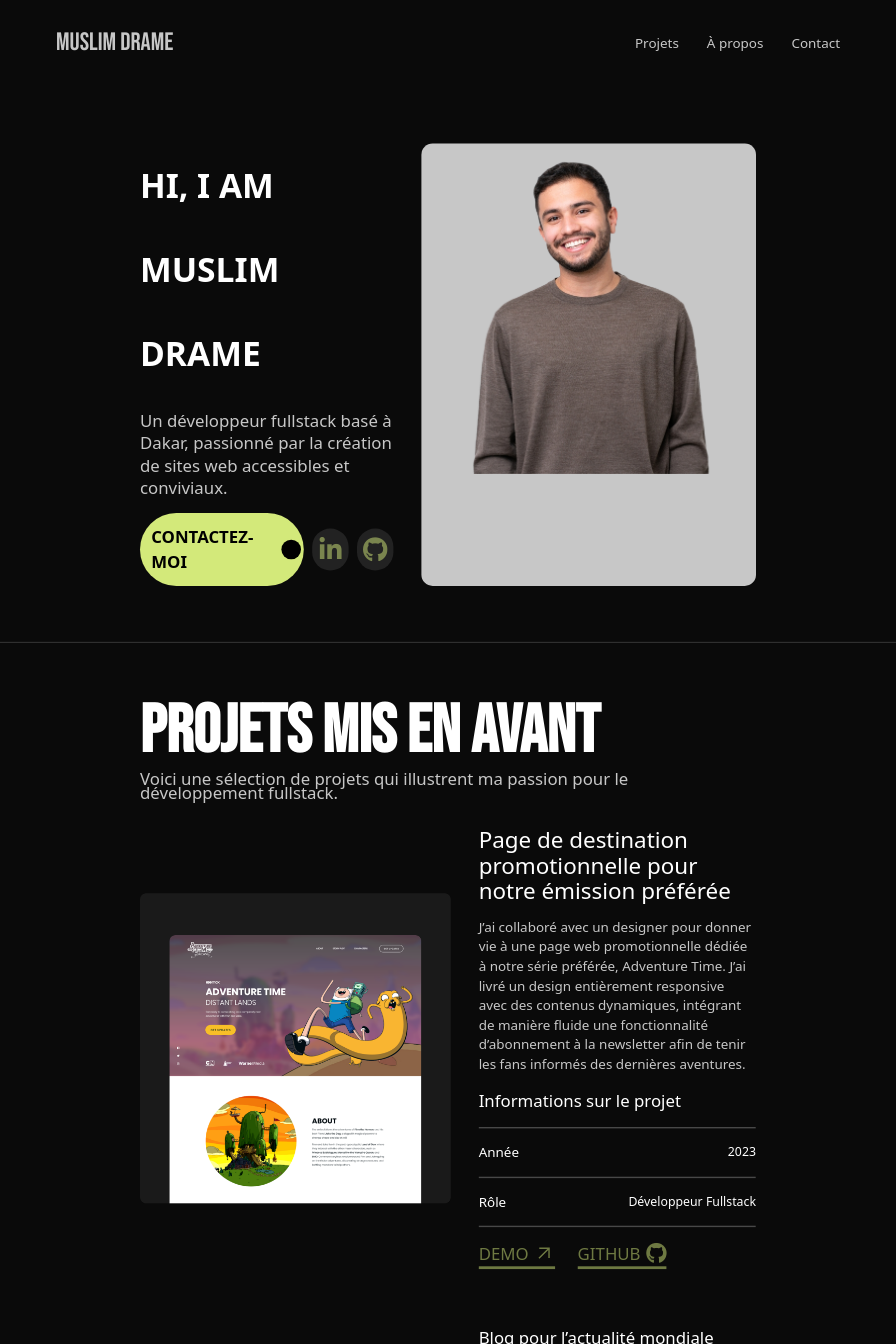
Repository: muslimdrame37-oss/Portfolio1
Page: src/index.html
The author's editor kept a copy of each file at every save. The page is drawn from the files as they stood at one save, then again after the next save.
The browser window is 1280 px wide. The pictures show the part of the page from y = 0 to 1920 px (the page is 4725 px tall before and 4845 px after), at 70% of full size.
Some web fonts or font styles are not loaded; a fallback is used. Some web libraries are served in a nearby version.

Above is the page before, as saved 2026-02-11 18:47:53.

### src/index.html
<!doctype html>
<html lang="fr">
<head>
    <meta charset="UTF-8">
    <meta name="viewport" content="width=device-width, initial-scale=1.0">
    <meta name="description" content="Portfolio de Muslim Drame - Développeur Fullstack basé à Dakar">
    <title>Muslim Drame - Développeur Fullstack</title>

    <!-- Fonts -->
    <link rel="stylesheet" href="https://fonts.googleapis.com/css2?family=Bebas+Neue&display=swap">
    <link rel="stylesheet" href="https://fonts.googleapis.com/css2?family=Material+Symbols+Outlined:opsz,wght,FILL,GRAD@20..48,100..700,0..1,-50..200&icon_names=arrow_outward">

    <!-- Styles -->
    <link href="./output.css" rel="stylesheet">

    <!-- Icons -->
    <script src="https://kit.fontawesome.com/31ee52f68e.js" crossorigin="anonymous"></script>
</head>

<body class="bg-[#0A0A0A]">
    <!-- ========== HEADER ========== -->
    <header class="flex items-center justify-between py-4 px-5 lg:px-20">
        <h1 class="text-[#C7C7C7] text-[2rem] lg:text-4xl font-bebas">MUSLIM DRAME</h1>

        <!-- Navigation Desktop -->
        <nav class="hidden lg:flex justify-between py-8 text-[#C7C7C7] text-[1.2rem]" aria-label="Navigation principale">
            <ul class="flex gap-10">
                <li><a href="index.html" class="hover:text-[#D3E97A] transition-colors">Projets</a></li>
                <li><a href="a_propos.html" class="hover:text-[#D3E97A] transition-colors">À propos</a></li>
                <li><a href="#contact" class="hover:text-[#D3E97A] transition-colors">Contact</a></li>
            </ul>
        </nav>

        <!-- Menu Mobile -->
        <button class="lg:hidden" aria-label="Menu mobile">
            <svg xmlns="http://www.w3.org/2000/svg" height="40px" viewBox="0 -960 960 960" width="40px" fill="#484848">
                <path d="M120-680v-80h720v80H120Zm0 480v-80h720v80H120Zm0-240v-80h720v80H120Z"/>
            </svg>
        </button>
    </header>

    <!-- ========== MAIN CONTENT ========== -->
    <main>

        <!-- ========== SECTION HERO ========== -->
        <section class="px-5 mt-20 flex flex-col justify-between gap-10 lg:flex-row lg:px-50" aria-label="Section d'accueil">
            <!-- Contenu texte -->
            <div class="flex flex-col gap-5 justify-center lg:w-1/2">
                <h2 class="text-white text-[3rem] lg:text-[5rem] lg:font-bold lg:leading-30 leading-15 ">HI, I AM MUSLIM DRAME</h2>
                <p class="text-1xl text-[#C7C7C7] lg:text-2xl">
                    Un développeur fullstack basé à Dakar, passionné par la création de sites web accessibles et conviviaux.
                </p>

                <!-- Boutons d'action -->
                <div class="flex gap-3 items-center">
                    <!-- Bouton Contact -->
                    <a href="#contact" class="bg-[#D3E97A] flex justify-between items-center pl-2 text-black font-bold text-[1rem] rounded-[100px] gap-1 lg:gap-3 py-2 lg:py-4 lg:text-[1.5rem] lg:pl-4 hover:bg-[#c5db6f] transition-colors">
                        CONTACTEZ-MOI
                        <span class="w-11 h-10 flex items-center justify-center">
                            <span class="bg-black w-4 h-4 rounded-full lg:w-7 lg:h-7"></span>
                        </span>
                    </a>

                    <!-- Réseaux sociaux -->
                    <a href="#" class="w-10 h-10 rounded-full bg-[#222222] flex justify-center items-center lg:w-15 lg:h-15 hover:bg-[#333333] transition-colors" aria-label="LinkedIn">
                        <i class="fa-brands fa-linkedin-in text-[#D3E97A] text-2xl lg:text-4xl animate-pulse"></i>
                    </a>
                    <a href="#" class="w-10 h-10 rounded-full bg-[#222222] flex justify-center items-center lg:w-15 lg:h-15 hover:bg-[#333333] transition-colors" aria-label="GitHub">
                        <i class="fa-brands fa-github text-2xl lg:text-4xl text-[#D3E97A] animate-pulse"></i>
                    </a>
                </div>
            </div>

            <!-- Image hero -->
            <div class="bg-[#C7C7C7] rounded-2xl overflow-hidden">
                <img src="image/image1.png" alt="Portrait de Muslim Drame" width="880" class="w-full h-auto">
            </div>
        </section>

        <!-- Séparateur -->
        <hr class="border-[#484848] border-t mt-20">

        <!-- ========== SECTION PROJETS ========== -->

        <section class="flex flex-col px-8 mt-20 lg:px-50">
            <div class="flex flex-col gap-2">
                <h2 class="text-4xl text-white font-extrabold font-bebas lg:text-8xl">PROJETS MIS EN AVANT</h2>
                <p class="text-2xl text-[#C7C7C7] leading-5">Voici une sélection de projets qui illustrent ma passion pour le développement fullstack.</p>
            </div>
            <div class="flex flex-col lg:flex-row gap-10 mt-10 lg:w-[1,224px] justify-center items-center">
                <div>
                    <img src="image/image2.png" alt="" class="w-4xl">
                </div>
                <!-- INFORMATION -->
                <!-- TITRE ET DESCCRIPTION -->
                <div class=" lg:w-200 flex flex-col gap-5 ">
                    <div class="flex flex-col gap-5">
                        <h2 class="text-white text-[2rem] leading-9">Page de destination promotionnelle pour notre émission préférée</h2>
                        <p class="text-[#C7C7C7] leading-7 text-[1.2rem]">J’ai collaboré avec un designer pour donner vie à une page web promotionnelle dédiée à notre série préférée, Adventure Time. J’ai livré un design entièrement responsive avec des contenus dynamiques, intégrant de manière fluide une fonctionnalité d’abonnement à la newsletter afin de tenir les fans informés des dernières aventures.</p>
                    </div>
                    <!-- INFORMATION SUR LE PROJET -->
                    <div class=" flex flex-col gap-5">
                        <h3 class="text-white text-[1.5rem]">Informations sur le projet</h3>
                        <div class="flex flex-col gap-5">
                            <div class="w-full border-[#484848] border"></div>

                            <div class="flex justify-between">
                                <p class="text-white text-[1.2rem]">Année</p>
                                <p class="text-white text-[1.1rem]">2023</p>
                            </div>

                            <div class="w-full border-[#484848] border"></div>

                            <div class="flex justify-between">
                                <p class="text-white text-[1.2rem]">Rôle</p>
                                <p class="text-white text-[1.1rem]">Développeur Fullstack</p>
                            </div>

                            <div class="w-full border-[#484848] border"></div>

                        </div>
                    </div>

                    <!-- LIEN DEMO & GITHUB -->

                    <div class="flex gap-8">
                        <a href="#">
                            <div class="animate-pulse">
                            <div class="flex items-center gap-2 ">
                                <p class="text-[#D3E97A] text-[1.5rem]">DEMO</p>
                                <svg xmlns="http://www.w3.org/2000/svg" height="30px" viewBox="0 -960 960 960" width="30px" fill="#D3E97A"><path d="M246.67-244 200-290.67l402.67-402.66H236V-760h480v480h-66.67v-366.67L246.67-244Z"/></svg>
                            </div>
                            <div class="w-full border-[#D3E97A] border-2"></div>
                        </div>
                        </a>
                        <a href="#">
                            <div class="animate-pulse">
                            <div class="flex items-center gap-2">
                                <p class="text-[#D3E97A] text-[1.5rem]">GITHUB</p>
                                <i class="fa-brands fa-github text-3xl text-[#D3E97A]"></i>
                            </div>
                            <div class="w-full border-[#D3E97A] border-2"></div>
                        </div>
                        </a>

                    </div>
                </div>
            </div>
        </section>

        <!-- PROJET 2 -->

        <section class="flex flex-col px-8 mt-20 gap-8 lg:gap-10 lg:flex-row lg:px-50 items-center">
            <div>
                <img src="image/image3.png" alt="" class="w-4xl">
            </div>
            <div class="lg:w-200 flex flex-col gap-5">
                <div class="flex flex-col gap-5">
                    <h2 class="text-white text-[1.5rem]">Blog pour l’actualité mondiale</h2>
                    <p class="text-[#C7C7C7] text-[1.2rem] leading-7">J'ai maîtrisé les complexités de CSS Grid pour créer une page d'accueil innovante pour un site d'actualités, en prenant des décisions de design complexes afin d'assurer une expérience utilisateur fluide. Ce projet m'a permis de renforcer mes compétences en développement fullstack.</p>
                </div>
                <div class="flex flex-col gap-8">
                    <div class="text-[1.5rem] text-white ">Informations sur le projet</div>
                    <div class="flex flex-col gap-4">
                        <div class="w-full border-[#484848] border "></div>
                        <div class="flex justify-between">
                            <p class="text-white text-[1.2rem]">Client</p>
                            <p class="text-[#C7C7C7] text-[1.1rem]">World News</p>
                        </div>
                        <div class="w-full border-[#484848] border "></div>
                        <div class="flex justify-between">
                            <p class="text-white text-[1.2rem]">Année</p>
                            <p class="text-[#C7C7C7] text-[1.1rem]">2022</p>
                        </div>
                        <div class="w-full border-[#484848] border "></div>
                        <div class="flex justify-between">
                            <p class="text-white text-[1.5rem]">Rôle</p>
                            <p class="text-[#C7C7C7] text-[1.5rem]">Développeur Fullstack</p>
                        </div>
                        <div class="w-full border-[#484848] border "></div>
                    </div>
                </div>
                <a href="#">
                    <div class="flex flex-col animate-pulse">
                    <div class="flex items-center gap-2">
                        <p class="text-[#D3E97A] text-[1.5rem]">DEMO</p>
                        <svg xmlns="http://www.w3.org/2000/svg" height="30px" viewBox="0 -960 960 960" width="30px" fill="#D3E97A"><path d="M246.67-244 200-290.67l402.67-402.66H236V-760h480v480h-66.67v-366.67L246.67-244Z"/></svg>
                    </div>
                    <div class="w-25 border-[#D3E97A] border-2"></div>
                </div>
                </a>
            </div>
        </section>

        <!-- PROJET 3 -->

        <section class="mt-20 flex flex-col px-8 gap-8 lg:gap-10 lg:flex-row lg:px-50 items-center">
            <img src="image/image3.png" alt="" class="w-full lg:w-1/2">
            <div class="w-full lg:w-1/2 flex flex-col gap-5">
                <div class="flex flex-col gap-5">
                    <h2 class="text-white text-[2rem]">Page produit pour site e-commerce</h2>
                    <p class="text-[#C7C7C7] text-[1.2rem] leading-8 ">J’ai conçu avec succès une page produit attrayante, intégrant une galerie dynamique en lightbox et un panier fonctionnel fluide, démontrant ma maîtrise du développement en JavaScript.</p>
                </div>
                <div class="flex flex-col gap-5">
                    <div class="text-[1.5rem] text-white lg:mt-5 ">Informations sur le projet</div>
                    <div class="flex flex-col gap-5">
                        <div class="w-full border-[#484848] border "></div>
                        <div class="flex justify-between">
                            <p class="text-white text-[1.2rem]">Année</p>
                            <p class="text-[#C7C7C7] text-[1.1rem]">2022</p>
                        </div>
                        <div class="w-full border-[#484848] border "></div>
                        <div class="flex justify-between">
                            <p class="text-white text-[1.2rem]">Rôle</p>
                            <p class="text-[#C7C7C7] text-[1.1rem]">Développeur Fullstack</p>
                        </div>
                        <div class="w-full border-[#484848] border "></div>
                    </div>
                </div>
                <!-- LIEN DÉMO & GITHUB -->
                <div class="flex gap-8 items-center">
                    <a href="#">
                        <div class="animate-pulse">
                        <div class="flex items-center gap-2">
                            <p class="text-[#D3E97A] text-[1.5rem]">DEMO</p>
                            <svg xmlns="http://www.w3.org/2000/svg" height="30px" viewBox="0 -960 960 960" width="30px" fill="#D3E97A"><path d="M246.67-244 200-290.67l402.67-402.66H236V-760h480v480h-66.67v-366.67L246.67-244Z"/></svg>
                    </div>
                    <div class="w-full border-[#D3E97A] border-2"></div>
                    </div>
                    </a>
                    <a href="#">
                        <div class="animate-pulse">
                        <div class="flex items-center gap-2">
                            <p class="text-[#D3E97A] text-[1.5rem]">GITHUB</p>
                            <i class="fa-brands fa-github text-3xl text-[#D3E97A]"></i>
                        </div>
                        <div class="w-full border-[#D3E97A] border-2"></div>
                    </div>
                    </a>
                </div>
            </div>
        </section>

        <!-- À PROPOS DE MOI -->
        <div class="w-full border-[#484848] border my-10"></div>

        <section class=" flex flex-col px-8 gap-5 lg:flex-row lg:gap-10 lg:px-50 justify-between">
            <div class="text-6xl text-white  lg:w-200 lg:text-[140px] font-bebas">À PROPOS DE MOI</div>
            <div class="lg:w-200">
                <div class="flex flex-col gap-10 ">
                    <p class="text-white text-[1.5rem] ">Je suis développeur Fullstack passionné basé à DAKAR, avec une formation en génie Informatique.</p>
                    <div class="text-[#484848] text-[1.2rem]">Je suis développeur fullstack basé à Dakar, à la recherche d’opportunités stimulantes. Avec une formation en génie informatique, je mets un point d’honneur à privilégier l’accessibilité lors du développement. Passionné et curieux, j’aime résoudre des problèmes complexes.
                    Actuellement, j’explore React.js, Laravel et m’initie également au design. En dehors du codage, j’apprécie jouer au football, la photographie et jouer à la carte. Je continue d’apprendre pour améliorer constamment mes compétences.</div>
                    <a href="a_propos.html" class="text-[#D3E97A] text-[1.5rem] underline underline-offset-8 hover:text-[#c5db6f] transition-colors">EN SAVOIR PLUS SUR MOI</a>
                </div>
            </div>
        </section>

        <hr class="border-[#484848] border-t my-10">

        <!-- ========== SECTION CONTACT ========== -->

        <section id="contact" class="flex flex-col px-8 mb-10 lg:px-50 lg:gap-10 lg:flex-row" aria-label="Formulaire de contact">
            <!-- Informations de contact -->
            <div class="flex flex-col gap-10 lg:w-200">
                <h2 class="lg:text-[100px] text-white font-bold text-4xl font-bebas">ENTRONS EN CONTACT</h2>
                <div class="flex flex-col gap-2">
                    <p class="text-[#C7C7C7] text-[1rem]">
                        Dites moi hello <a href="mailto:muslimdrame37@gmail.com" class="text-white hover:text-[#D3E97A] transition-colors">muslimdrame37@gmail.com</a>
                    </p>
                    <p class="text-white text-[1rem]">Pour en savoir plus sur moi, jetez un coup d'œil à mon <a href="#" class="text-[#D3E97A] underline underline-offset-5 hover:text-[#c5db6f] transition-colors">CV</a></p>
                </div>
                <!-- Réseaux sociaux -->
                <nav class="flex gap-5" aria-label="Réseaux sociaux">
                    <a href="#" aria-label="LinkedIn" class="hover:scale-110 transition-transform">
                        <i class="fa-brands fa-linkedin-in text-[#D3E97A] text-4xl animate-pulse"></i>
                    </a>
                    <a href="#" aria-label="GitHub" class="hover:scale-110 transition-transform">
                        <i class="fa-brands fa-github text-[#D3E97A] text-4xl animate-pulse"></i>
                    </a>
                    <a href="#" aria-label="Twitter" class="hover:scale-110 transition-transform">
                        <i class="fa-brands fa-x-twitter text-[#D3E97A] text-4xl animate-pulse"></i>
                    </a>
                    <a href="#" aria-label="Instagram" class="hover:scale-110 transition-transform">
                        <i class="fa-brands fa-instagram text-[#D3E97A] text-4xl animate-pulse"></i>
                    </a>
                </nav>
            </div>


            <form action="" method="POST" class="flex flex-col gap-5 mt-10 lg:mt-0 w-full lg:w-200">
                <div class="flex flex-col gap-3">
                    <label for="name" class="text-[#C7C7C7] text-[1.5rem]">Nom complet</label>
                    <input class="text-[#C7C7C7] bg-[#1A1A1A] px-6 py-2 rounded-lg text-[1.5rem] focus:outline-none focus:ring-2 focus:ring-[#D3E97A] transition-all" type="text" name="name" placeholder="Muslim" id="name" required>
                </div>
                <div class="flex flex-col gap-3">
                    <label for="email" class="text-[#C7C7C7] text-[1.5rem]">Email</label>
                    <input class="text-[#C7C7C7] bg-[#1A1A1A] px-6 py-2 rounded-lg text-[1.5rem] focus:outline-none focus:ring-2 focus:ring-[#D3E97A] transition-all" type="email" name="email" placeholder="votre@email.com" id="email" required>
                </div>
                <div class="flex flex-col gap-3">
                    <label for="sujet" class="text-[#C7C7C7] text-[1.5rem]">Sujet</label>
                    <input class="text-[#C7C7C7] bg-[#1A1A1A] px-6 py-2 rounded-lg text-[1.5rem] focus:outline-none focus:ring-2 focus:ring-[#D3E97A] transition-all" type="text" name="sujet" placeholder="Sujet de votre message" id="sujet" required>
                </div>
                <div class="flex flex-col gap-3">
                    <label for="message" class="text-[#C7C7C7] text-[1.5rem]">Message</label>
                    <textarea name="message" id="message" rows="6" placeholder="Votre message..." class="text-[#C7C7C7] bg-[#1A1A1A] px-6 py-2 rounded-lg text-[1.5rem] resize-none focus:outline-none focus:ring-2 focus:ring-[#D3E97A] transition-all" required></textarea>
                </div>
                <button type="submit" class="text-black bg-[#D3E97A] py-2 lg:py-4 text-[1rem] font-bold rounded-[100px] w-35 hover:bg-[#c5db6f] transition-colors cursor-pointer">Envoyer</button>
            </form>
        </section>
    </main>

    <!-- ========== FOOTER ========== -->
    <footer class="w-full pb-6">
        <div class="mx-auto flex flex-col lg:flex-row gap-2 lg:gap-8 items-center justify-between border border-white/10 bg-[#1A1A1A] px-6 py-4 text-sm text-[#C7C7C7] backdrop-blur-md">
            <!-- Copyright -->
            <p>© 2026 Muslim Drame. Tous droits réservés.</p>

            <!-- Réseaux sociaux -->
            <nav class="flex items-center gap-2 text-2xl" aria-label="Réseaux sociaux footer">
                <a href="#" class="hover:text-white transition-colors" aria-label="Facebook">
                    <i class="fa-brands fa-facebook"></i>
                </a>
                <a href="#" class="hover:text-white transition-colors" aria-label="Instagram">
                    <i class="fa-brands fa-instagram"></i>
                </a>
                <a href="#" class="hover:text-white transition-colors" aria-label="Twitter">
                    <i class="fa-brands fa-x-twitter"></i>
                </a>
                <a href="#" class="hover:text-white transition-colors" aria-label="GitHub">
                    <i class="fa-brands fa-github"></i>
                </a>
                <a href="#" class="hover:text-white transition-colors" aria-label="YouTube">
                    <i class="fa-brands fa-youtube"></i>
                </a>
            </nav>
        </div>
    </footer>

</body>
</html>

Loaded but not shown: src/output.css (2245 lines, source omitted)

After the next save:
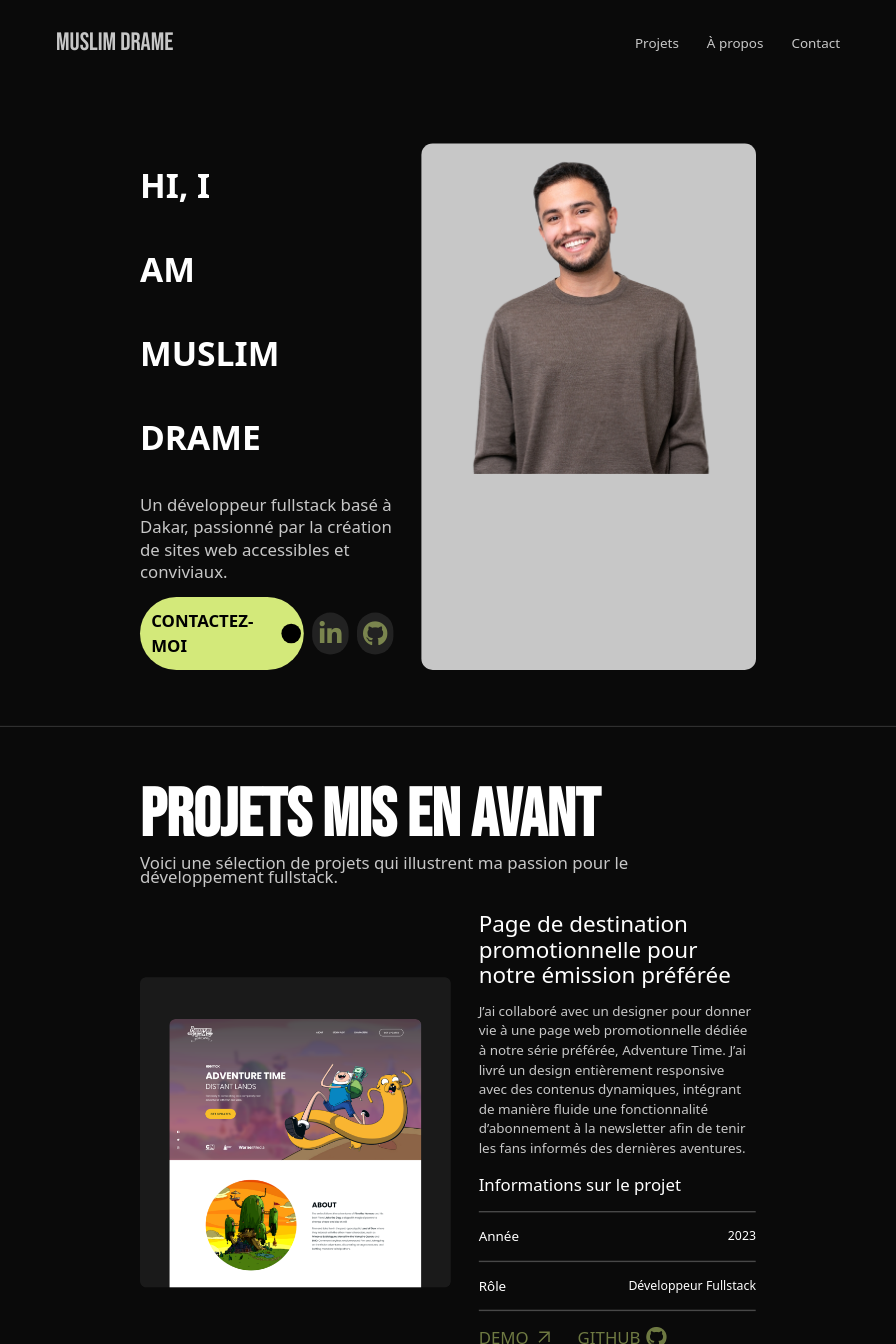
Saved 8 s later.
--- a/src/index.html
+++ b/src/index.html
@@ -46,7 +46,7 @@
         <section class="px-5 mt-20 flex flex-col justify-between gap-10 lg:flex-row lg:px-50" aria-label="Section d'accueil">
             <!-- Contenu texte -->
             <div class="flex flex-col gap-5 justify-center lg:w-1/2">
-                <h2 class="text-white text-[3rem] lg:text-[5rem] lg:font-bold lg:leading-30 leading-15 ">HI, I AM MUSLIM DRAME</h2>
+                <h2 class="text-white text-[3rem] lg:text-[5rem] lg:font-bold lg:leading-30 leading-15 lg:w-1/2">HI, I AM MUSLIM DRAME</h2>
                 <p class="text-1xl text-[#C7C7C7] lg:text-2xl">
                     Un développeur fullstack basé à Dakar, passionné par la création de sites web accessibles et conviviaux.
                 </p>
